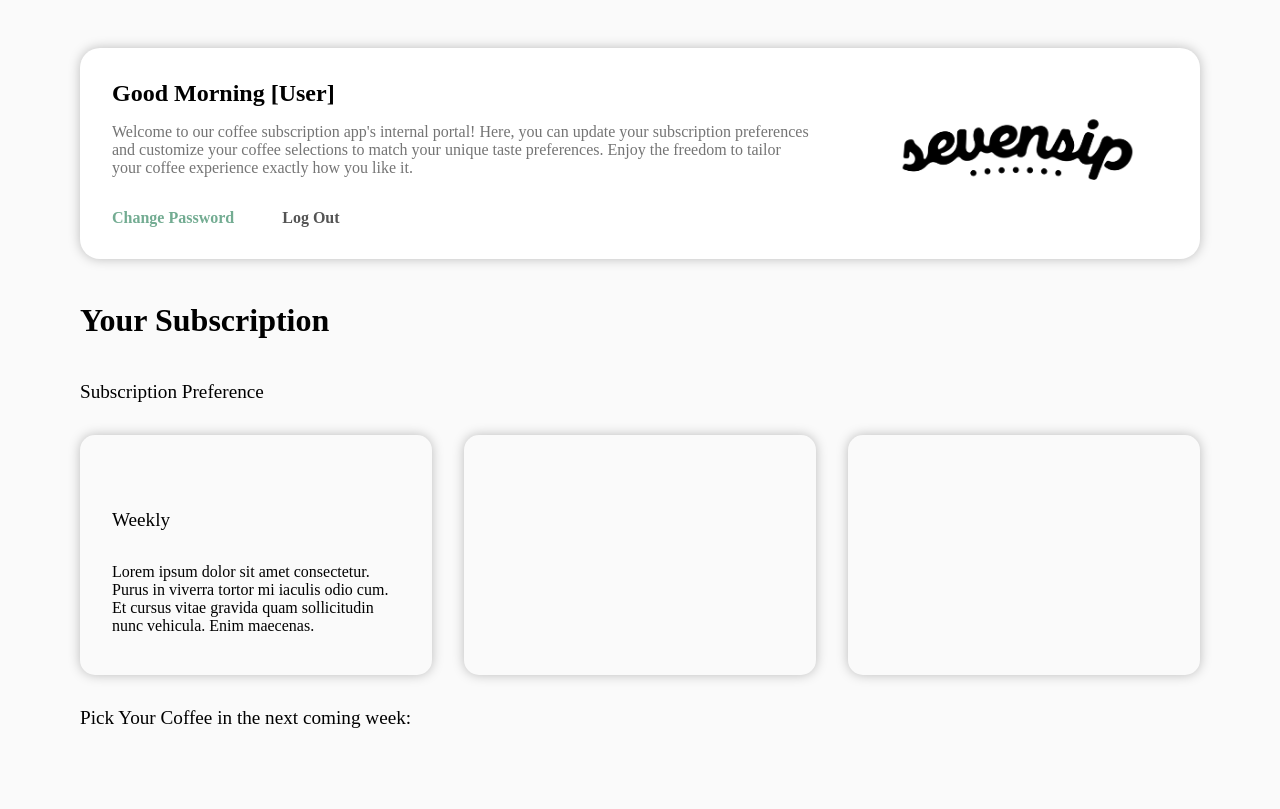
Repository: Haydenleung/COMP-4170-Final-Project
Page: http://localhost/main
The author's editor kept a copy of each file at every save. The page is drawn from the files as they stood at one save, then again after the next save.
The browser window is 1280 px wide. The pictures show the whole page.
The page is served by the project's Node server (app.js).

Above is the page before, as saved 2024-03-22 18:06:18.

After the next save:
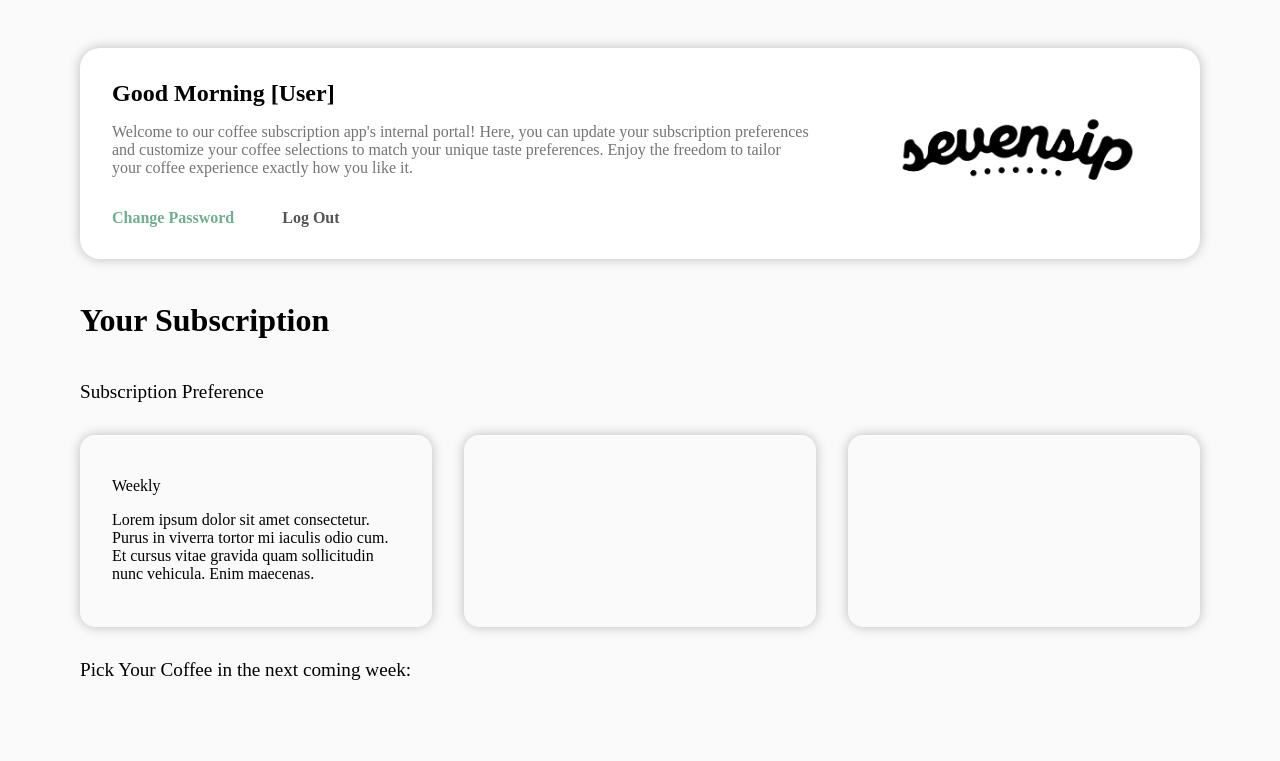
Saved 14 s later.
--- a/views/main.ejs
+++ b/views/main.ejs
@@ -27,7 +27,7 @@
                     <div class="sub-option">
                         <img class="tick" />
                         <img class="sub-icon" />
-                        <h5>Weekly</h5>
+                        <div>Weekly</div>
                         <p>Lorem ipsum dolor sit amet consectetur. Purus in viverra tortor mi iaculis odio cum. Et
                             cursus vitae gravida quam sollicitudin nunc vehicula. Enim maecenas.</p>
                     </div>
